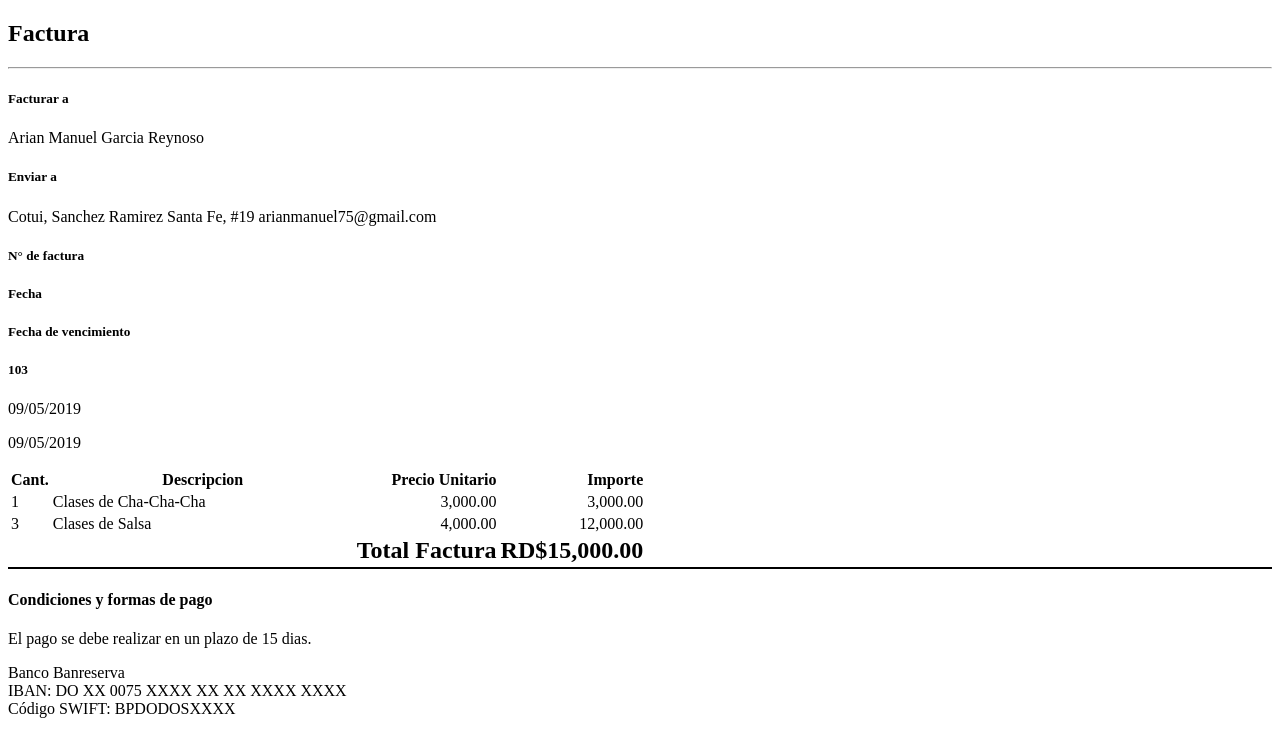
Repository: MrVanQish/FacturaEstructura
Page: index.html
An editor plug-in stored every save of this project. The page is shown before and after the next save, followed by the edit.
The browser window is 1280 px wide. The pictures show the whole page.

Above is the page before, as saved 2021-09-29 10:22:57.

### index.html
<!DOCTYPE html>
<html lang="en">
<head>
    <meta charset="UTF-8">
    <meta http-equiv="X-UA-Compatible" content="IE=edge">
    <meta name="viewport" content="width=device-width, initial-scale=1.0">
    <title>Document</title>
    <link rel="stylesheet" href="styles.css">
</head>
<body>

<!--     <div class="wrapper">

        <div class="factura1">
                <div class="infoEmpresa-f">
                    Empresa: Villa Jacob
                    <br>
                    NIT: 8000000
                    <br>
                    Direccion: jajjdajdj
                </div>
                <div class="infoCliente-f">
                    Cliente: Jacobo
                    <br>
                    CC: 1116283283
                    <br>
                    Direccion: jajjdajdj
                </div>
                <div class="items-f">

                    <table>

                        <tr>

                            <th>Items</th>

                            <th>Precio</th>

                            <th>Cantidad</th>


                        </tr>

                          <tr>

                            <td>Tornillos</td>

                            <td>1000</td>

                            <td>2</td>

                          </tr>

                          <tr>

                            <td>Cemento</td>

                            <td>25.000</td>

                            <td>2</td>

                          </tr>


                          <tr>

                            <td>Cemento</td>

                            <td>25.000</td>

                            <td>2</td>

                          </tr>

                          <tr>

                            <td>Cemento</td>

                            <td>25.000</td>

                            <td>2</td>

                          </tr>

                          <tr>

                            <td>Cemento</td>

                            <td>25.000</td>

                            <td>2</td>

                          </tr>

                          <tr>

                            <td>Cemento</td>

                            <td>25.000</td>

                            <td>2</td>

                          </tr>

                          <tr>

                            <td>Cemento</td>

                            <td>25.000</td>

                            <td>2</td>

                          </tr>


                          <tr>

                            <td>Cemento</td>

                            <td>25.000</td>

                            <td>2</td>

                          </tr>


                          <tr>

                            <td>Cemento</td>

                            <td>25.000</td>

                            <td>2</td>

                          </tr>

                          <tr>

                            <td>Cemento</td>

                            <td>25.000</td>

                            <td>2</td>

                          </tr>

                          <tr>

                            <td>Cemento</td>

                            <td>25.000</td>

                            <td>2</td>

                          </tr>






                      </table>



                </div>
            <div class="body-f">

            </div>
        </div> -->

    </div>
    <div id="app" class="col-11">

        <h2>Factura</h2>


        <hr />

        <div class="row fact-info mt-3">
          <div class="col-3">
            <h5>Facturar a</h5>
            <p>
              Arian Manuel Garcia Reynoso
            </p>
          </div>
          <div class="col-3">
            <h5>Enviar a</h5>
            <p>
              Cotui, Sanchez Ramirez
              Santa Fe, #19
              arianmanuel75@gmail.com
            </p>
          </div>
          <div class="col-3">
            <h5>N° de factura</h5>
            <h5>Fecha</h5>
            <h5>Fecha de vencimiento</h5>
          </div>
          <div class="col-3">
            <h5>103</h5>
            <p>09/05/2019</p>
            <p>09/05/2019</p>
          </div>
        </div>

        <div class="row my-5">
          <table class="table table-borderless factura">
            <thead>
              <tr>
                <th>Cant.</th>
                <th>Descripcion</th>
                <th>Precio Unitario</th>
                <th>Importe</th>
              </tr>
            </thead>
            <tbody>
              <tr>
                <td>1</td>
                <td>Clases de Cha-Cha-Cha</td>
                <td>3,000.00</td>
                <td>3,000.00</td>
              </tr>
              <tr>
                <td>3</td>
                <td>Clases de Salsa</td>
                <td>4,000.00</td>
                <td>12,000.00</td>
              </tr>
            </tbody>
            <tfoot>
              <tr>
                <th></th>
                <th></th>
                <th>Total Factura</th>
                <th>RD$15,000.00</th>
              </tr>
            </tfoot>
          </table>
        </div>

        <div class="cond row">
          <div class="col-12 mt-3">
            <h4>Condiciones y formas de pago</h4>
            <p>El pago se debe realizar en un plazo de 15 dias.</p>
            <p>
              Banco Banreserva
              <br />
              IBAN: DO XX 0075 XXXX XX XX XXXX XXXX
              <br />
              Código SWIFT: BPDODOSXXXX
            </p>
          </div>
        </div>
    </div>


    </div>

</body>
</html>

### styles.css
@page {
    size: A4 landscape;
}

.factura {
  table-layout: fixed;
}

.fact-info > div > h5 {
  font-weight: bold;
}

.factura > thead {
  border-top: solid 3px #000;
  border-bottom: 3px solid #000;
}

.factura > thead > tr > th:nth-child(2), .factura > tbod > tr > td:nth-child(2) {
  width: 300px;
}

.factura > thead > tr > th:nth-child(n+3) {
  text-align: right;
}

.factura > tbody > tr > td:nth-child(n+3) {
  text-align: right;
}

.factura > tfoot > tr > th, .factura > tfoot > tr > th:nth-child(n+3) {
  font-size: 24px;
  text-align: right;
}

.cond {
  border-top: solid 2px #000;
}

/*
.wrapper {
    height: 97vh;
    border: 1px solid #000;
    display: grid;
    grid-template-columns: 1fr 1fr;
    grid-template-rows: 500px;
    grid-template-areas:
      "f1 f2";
  }

  .factura1 {

    display: grid;
    grid-area: f1;
    align-self: center;
    justify-self: center;
    border: 1px solid #000;
    grid-template-columns: 1fr 1fr;
    grid-template-rows: 1fr;
    grid-template-areas:
      "infoEmpresa-f infoCliente-f c items-f"
  }


.infoEmpresa-f{

    grid-area: infoEmpresa-f;
    border: 1px solid #000;
    align-self: center;
    justify-self: center;

}

.infoCliente-f{
    grid-area: infoCliente-f;
    border: 1px solid #000;
    align-self: center;
    justify-self: center;
}

.items-f{
    grid-area: items-f;
    border: 1px solid #000;
    align-self: center;
    justify-self: center;
} */

After the next save:
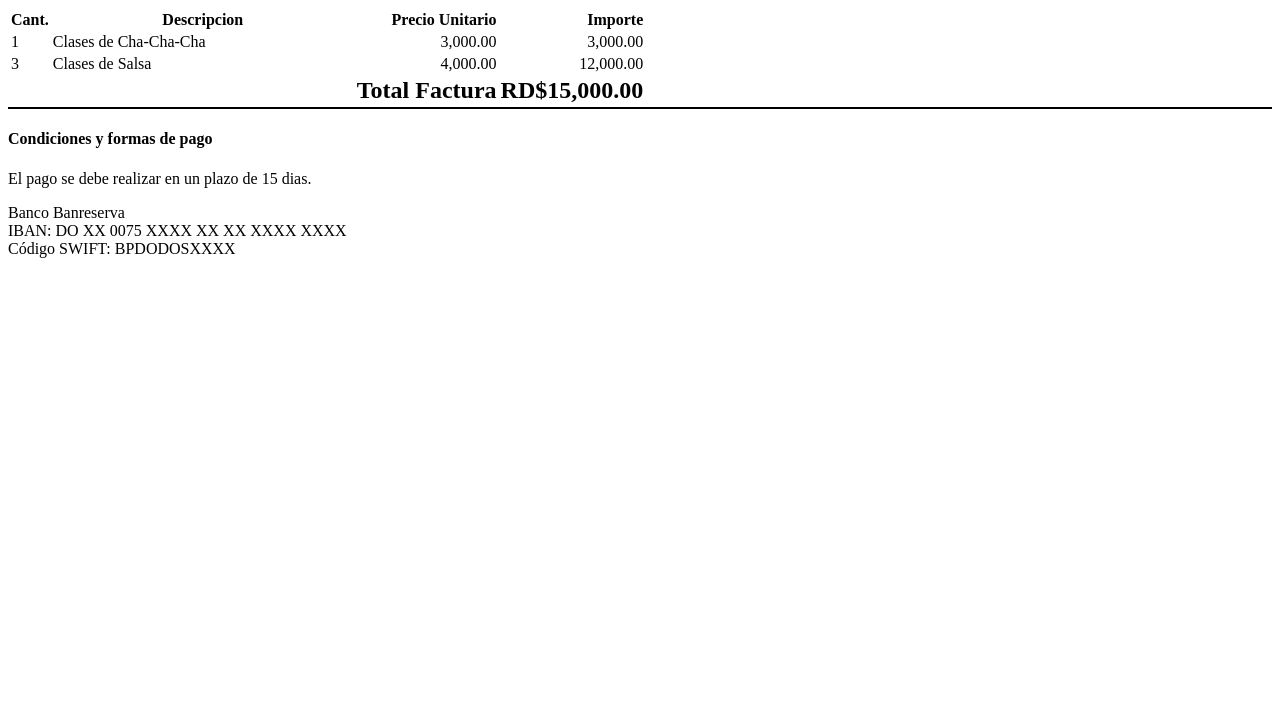
Saved 9 s later.
--- a/index.html
+++ b/index.html
@@ -172,37 +172,6 @@
     </div>
     <div id="app" class="col-11">
 
-        <h2>Factura</h2>
-
-
-        <hr />
-
-        <div class="row fact-info mt-3">
-          <div class="col-3">
-            <h5>Facturar a</h5>
-            <p>
-              Arian Manuel Garcia Reynoso
-            </p>
-          </div>
-          <div class="col-3">
-            <h5>Enviar a</h5>
-            <p>
-              Cotui, Sanchez Ramirez
-              Santa Fe, #19
-              arianmanuel75@gmail.com
-            </p>
-          </div>
-          <div class="col-3">
-            <h5>N° de factura</h5>
-            <h5>Fecha</h5>
-            <h5>Fecha de vencimiento</h5>
-          </div>
-          <div class="col-3">
-            <h5>103</h5>
-            <p>09/05/2019</p>
-            <p>09/05/2019</p>
-          </div>
-        </div>
 
         <div class="row my-5">
           <table class="table table-borderless factura">
